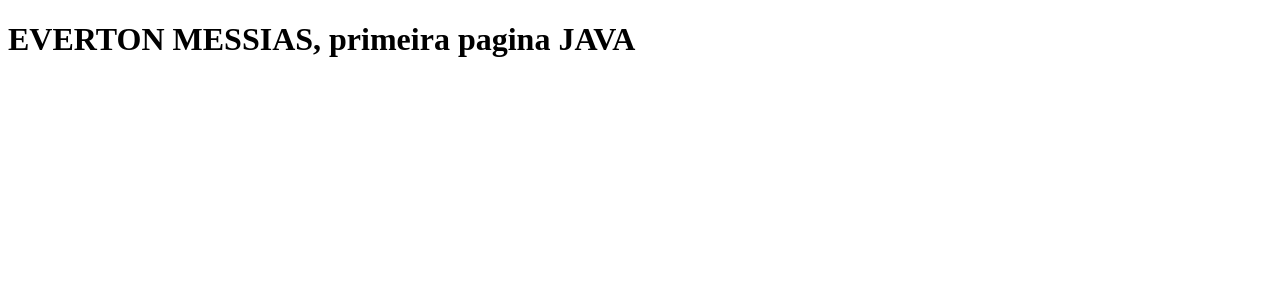
Repository: evertonmessias/java
Page: http://localhost/java11/
An editor plug-in stored every save of this project. The page is shown before and after the next save, followed by the edit.
The browser window is 1280 px wide. The pictures show the whole page.
The page is served by Tomcat 9. Other server files are loaded and not shown.

Above is the page before, as saved 2020-03-12 02:11:09.

### java11/WebContent/index.jsp
<%@ page language="java" contentType="text/html; charset=ISO-8859-1"
    pageEncoding="ISO-8859-1"%>
<!DOCTYPE html>
<html>
<head>
<meta charset="ISO-8859-1">
<title>Insert title here</title>
</head>
<body>
<h1>EVERTON MESSIAS, primeira pagina JAVA</h1>
</body>
</html>

After the next save:
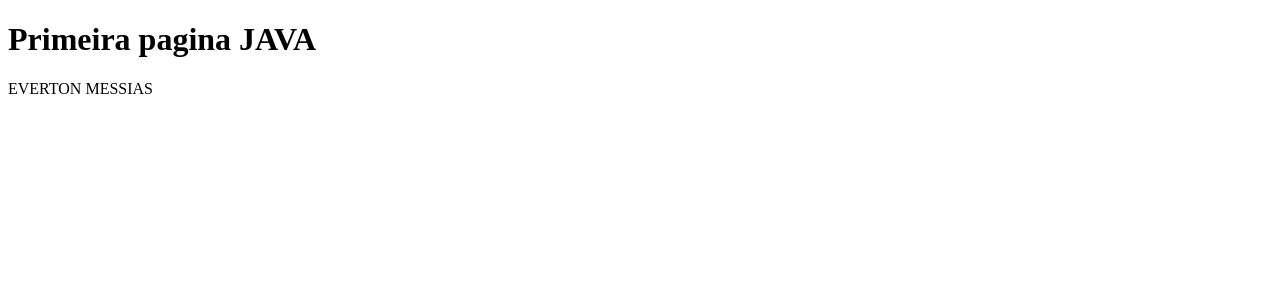
Saved 3 min 45 s later.
--- a/java11/WebContent/index.jsp
+++ b/java11/WebContent/index.jsp
@@ -7,6 +7,7 @@
 <title>Insert title here</title>
 </head>
 <body>
-<h1>EVERTON MESSIAS, primeira pagina JAVA</h1>
+<h1>Primeira pagina JAVA</h1>
+<% out.print("EVERTON MESSIAS"); %>
 </body>
 </html>
